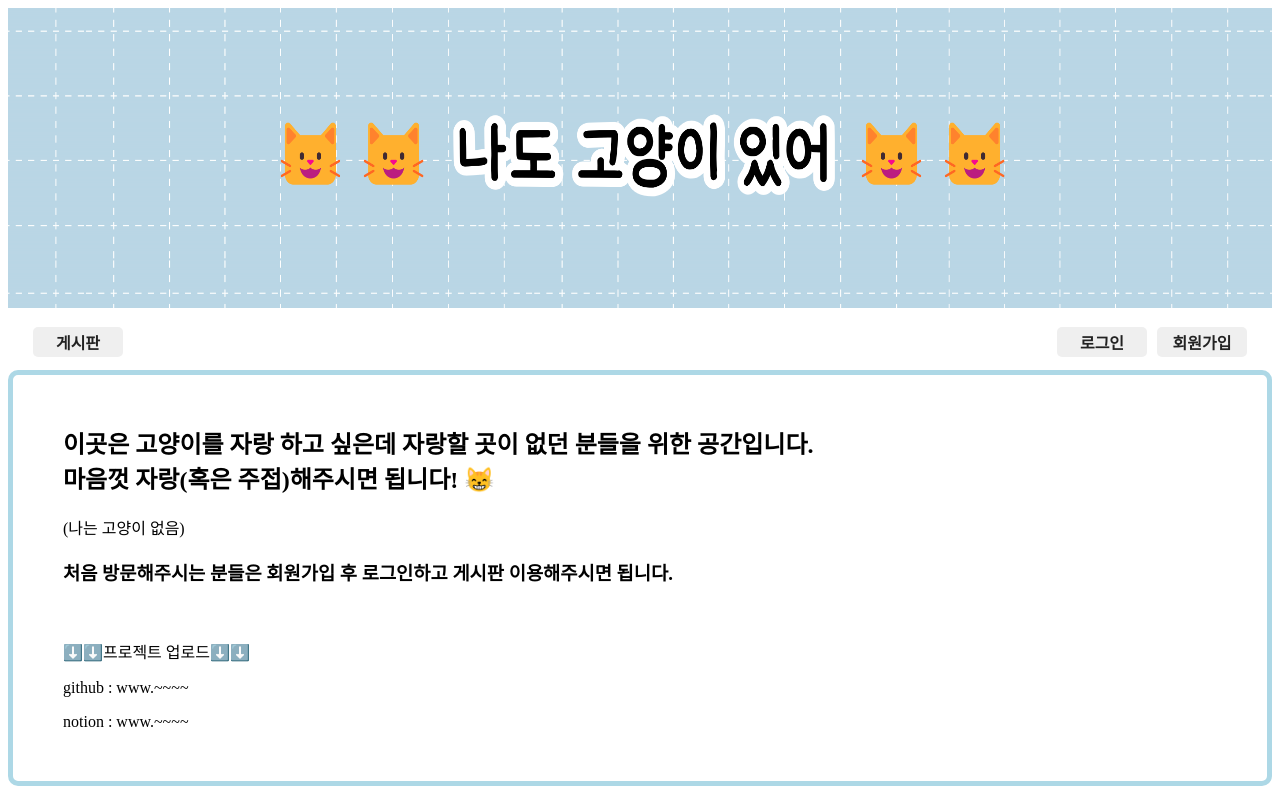
Repository: hh7711/Goit
Page: http://localhost/Goit/WEB-INF/views/mainPage.jsp
These files come from the project's save history. The page is drawn as it stood at one moment and after the next save; the edit follows.
The browser window is 1280 px wide. The pictures show the whole page.
Some web fonts or font styles are not loaded; a fallback is used. The page is served by Tomcat 9. Nobody is signed in. Other server files are loaded and not shown. The template is opened directly, without the code that normally fills it, so the values that code supplies are empty.

Above is the page before, as saved 2023-08-06 15:04:05.

### Goit/src/main/webapp/WEB-INF/views/mainPage.jsp
<%@ page language="java" contentType="text/html; charset=UTF-8"
    pageEncoding="UTF-8"%>
<%@ taglib prefix="c" uri="http://java.sun.com/jsp/jstl/core" %>
<!DOCTYPE html>
<html>
<head>
<meta charset="UTF-8">
<title>나도 고양이 있어</title>
	<style type="text/css">
		@font-face {
		    font-family: 'Dovemayo_gothic';
		    src: url('https://cdn.jsdelivr.net/gh/projectnoonnu/noonfonts_2302@1.1/Dovemayo_gothic.woff2') format('woff2');
		    font-weight: normal;
		    font-style: normal;
		}
		body,button {
			font-family: 'Dovemayo_gothic';
		}
		#main1{
			border: 5px solid lightblue;
			border-radius: 10px;
/* 			margin: 30px; */
		}
		.headBtnDiv{
			margin-bottom: 30px; margin-top: 10px;
			margin-left: 20px; margin-right: 20px;
		}
        .headBtn{
        	border: 0.5px;
        	width: 90px;
        	height: 30px;
        	color: rgb(34, 34, 34);
        	border-radius: 5px;
        	font-size: medium;
        	font-weight: bold;
        	margin: 5px;
        }
        .headBtn:hover{
        	background-color: rgb(211, 253, 255);
        }
        .headId{
        	font-size: medium;
        	font-weight: bold;
        	margin-top: 8px; margin-left: 5px; margin-right: 5px; margin-bottom: 10px;
        }
        a{
        	text-decoration: none;
        	color: black;
        }
        a:hover{
        	color: red;
        }
	</style>
</head>
<body>
	<div>
		<a href="mainPage">
			<img style="height: 300px;" alt="오류" src="resources/main/main15.png" width="100%">
		</a>
	</div>
	<div class="headBtnDiv">
		<button type="button" class="headBtn" style="float: left;" onclick="location.href='boardList'">게시판</button>
		<c:if test="${dto == null}">
			<button type="button" class="headBtn" style="float: right;" onclick="location.href='signUpPage'">회원가입</button>
			&nbsp;<button type="button" class="headBtn" style="float: right;" onclick="location.href='signInPage'">로그인</button>
		</c:if>
		<c:if test="${dto != null}">
			<button type="button" class="headBtn" style="float: right;" onclick="location.href='signOut'">로그아웃</button>&nbsp;
			<button type="button" class="headBtn" style="float: right;" onclick="location.href='myPage'">마이페이지</button>
			<span class="headId" style="float: right;">${dto.id}님</span>
		</c:if>
	</div>
	<div id="main1">
		<div id="main2">
			<div><!-- 본문 -->
<!-- 			<img alt="" src="resources/main.png" width="100%"> -->
				<div style="margin: 50px;">
<!-- 					<img alt="오류" src="resources/main/main1.jpg" width="100%"> -->
					<h2>이곳은 고양이를 자랑 하고 싶은데 자랑할 곳이 없던 분들을 위한 공간입니다.<br>
					마음껏 자랑(혹은 주접)해주시면 됩니다! 😸</h2>
					(나는 고양이 없음)
					<h3>처음 방문해주시는 분들은 회원가입 후 로그인하고 게시판 이용해주시면 됩니다.</h3>
					<br><br>
					⬇️⬇️프로젝트 업로드⬇️⬇️
					<p><a href="#">github : www.~~~~</a></p>
					<p><a href="#">notion : www.~~~~</a></p>
				</div>
			</div><!-- 본문 -->
		</div><!-- main1 -->
	</div><!-- main2 -->
</body>
</html>

After the next save:
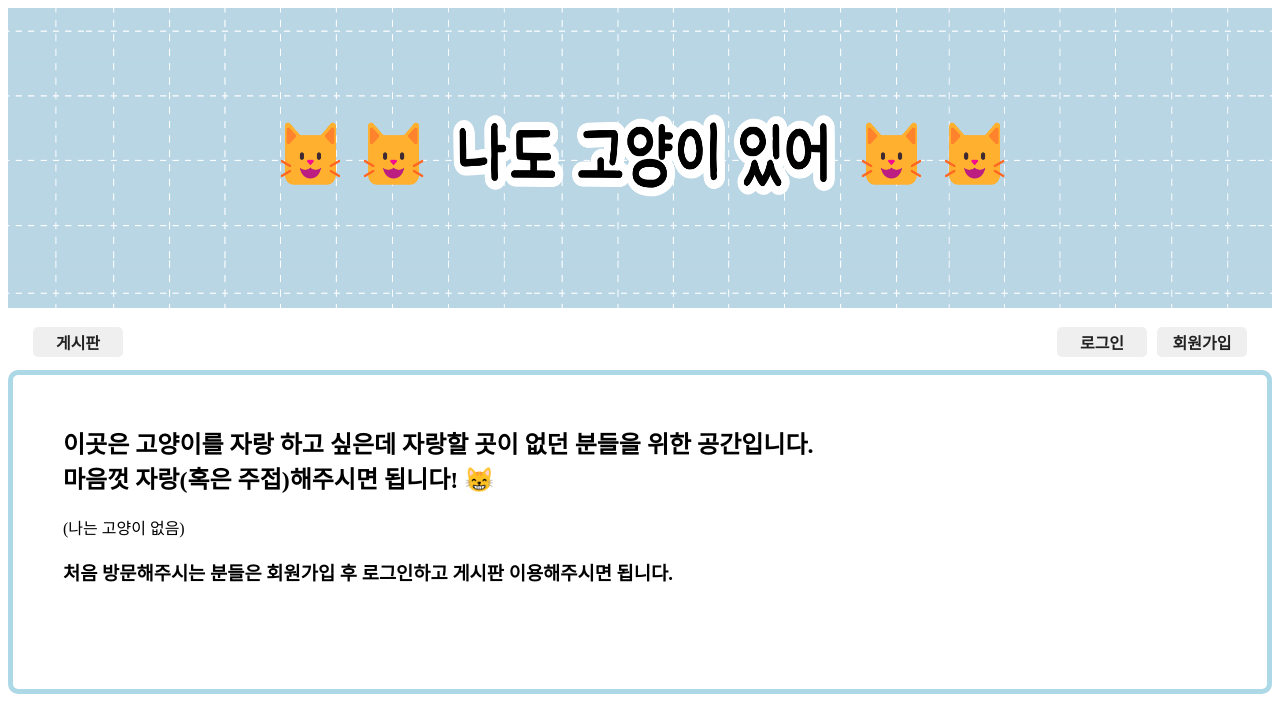
Saved 15 min 7 s later.
--- a/Goit/src/main/webapp/WEB-INF/views/mainPage.jsp
+++ b/Goit/src/main/webapp/WEB-INF/views/mainPage.jsp
@@ -81,9 +81,9 @@
 					(나는 고양이 없음)
 					<h3>처음 방문해주시는 분들은 회원가입 후 로그인하고 게시판 이용해주시면 됩니다.</h3>
 					<br><br>
-					⬇️⬇️프로젝트 업로드⬇️⬇️
-					<p><a href="#">github : www.~~~~</a></p>
-					<p><a href="#">notion : www.~~~~</a></p>
+<!-- 					⬇️⬇️프로젝트 업로드⬇️⬇️ -->
+<!-- 					<p><a href="#">github : www.~~~~</a></p> -->
+<!-- 					<p><a href="#">notion : www.~~~~</a></p> -->
 				</div>
 			</div><!-- 본문 -->
 		</div><!-- main1 -->
